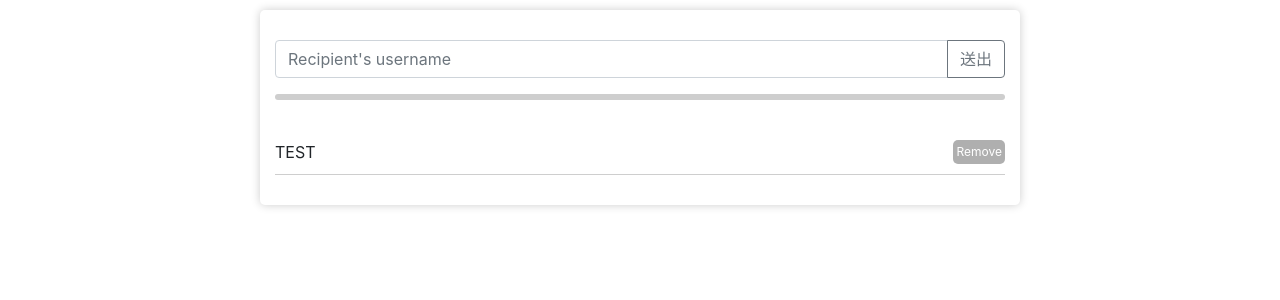
Repository: iian0910/vue3_todoList
Page: /
An editor plug-in stored every save of this project. The page is shown before and after the next save, followed by the edit.
The browser window is 1280 px wide. The pictures show the whole page.
The project was rebuilt for these pictures with package versions that can differ from the ones it lists, and the page was loaded fresh each time.

Above is the page before, as saved 2021-02-23 16:18:07.

After the next save:
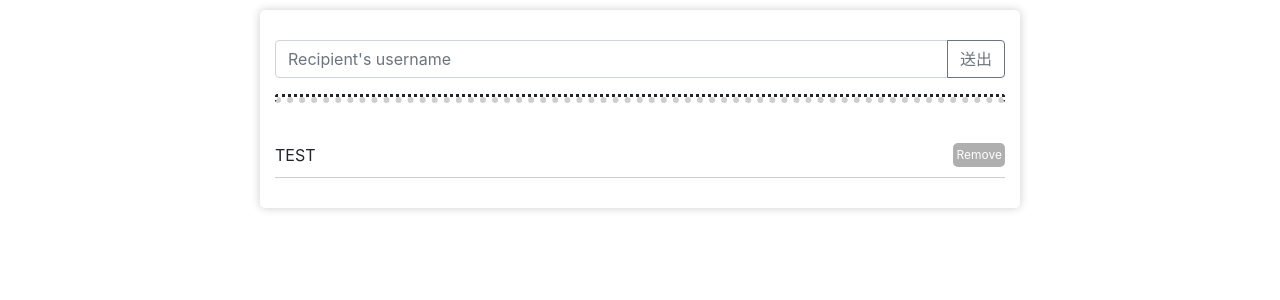
Saved 17 s later.
--- a/src/components/TodoList.vue
+++ b/src/components/TodoList.vue
@@ -89,6 +89,7 @@ export default defineComponent({
 .segmentation{
   margin-bottom: 30px;
   border-bottom: 6px solid rgb(206, 206, 206);
+  border-style: dotted;
   border-radius: 3px;
 }
 .list{
